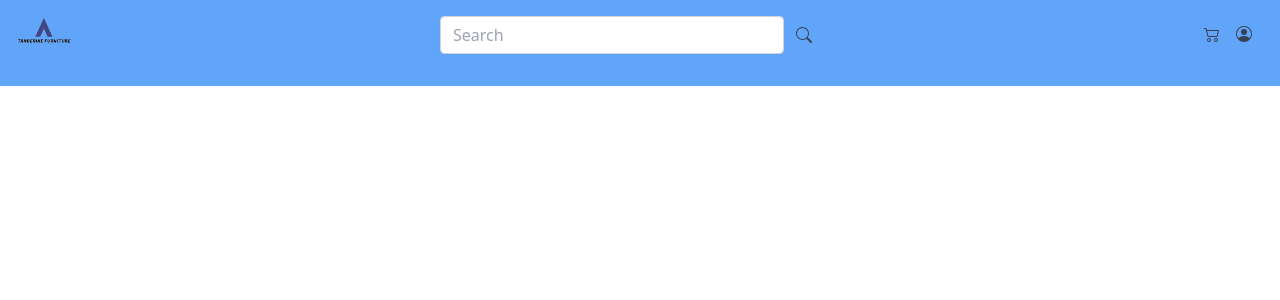
Repository: DevLaukey/Jitu-final
Page: / (app in frontend/)
The author's editor kept a copy of each file at every save. The page is drawn from the files as they stood at one save, then again after the next save.
The browser window is 1280 px wide. The pictures show the whole page.
The project was rebuilt for these pictures with package versions that can differ from the ones it lists, and the page was loaded fresh each time.

Above is the page before, as saved 2022-07-13 13:16:23.

### frontend/src/index.js
import React from 'react';
import ReactDOM from 'react-dom/client';
import './index.css';
import App from './App';
import {store } from './redux/store';
import {Provider} from 'react-redux';
const root = ReactDOM.createRoot(document.getElementById('root'));
root.render(
  <Provider store={store}>
    <App />
  </Provider>
);

### frontend/src/App.js
import Navbar from "./components/Navbar";

function App() {
  return (
    <div className="">
    <Navbar />
    </div>
  );
}

export default App;

### frontend/src/components/Navbar.js
import React from "react";
import logo from "./free-logo-24a54uqo7g-d1y96agntq-removebg-preview.png";
import {  BsCart2, BsPersonCircle, BsSearch } from "react-icons/bs";
function Navbar() {
  return (
    <header className="flex justify-between align-middle  p-4 bg-blue-400">
      <div className="">
        <img
          onClick={() => {
            console.log("clicked");
          }}
          className="h-15 w-14"
          src={logo}
          alt=""
          srcset=""
        />
      </div>
      <div class="flex justify-center">
        <div class="xl:w-96">
          <div class="input-group relative flex  items-stretch w-full mb-4 rounded">
            <input
              type="search"
              class="form-control relative flex-auto min-w-0 block w-full px-3 py-1.5 text-base font-normal text-gray-700 text-transparent bg-clip-padding border border-solid border-gray-300 rounded transition ease-in-out m-0 focus:text-gray-700 focus:bg-white focus:border-blue-600 focus:outline-none"
              placeholder="Search"
              aria-label="Search"
              aria-describedby="button-addon2"
            />
            <span
              class="input-group-text flex items-center px-3 py-1.5 text-base font-normal text-gray-700 text-center whitespace-nowrap rounded"
              id="basic-addon2"
            >
              <BsSearch />
            </span>
          </div>
        </div>
      </div>
      <div class=" space-x-4 text-gray-700 flex  px-3 py-2.5  text-center whitespace-nowrap rounded">
        <BsCart2 />
        <BsPersonCircle />
      </div>
    </header>
  );
}

export default Navbar;

Loaded but not shown: frontend/public/index.html (common file); frontend/src/index.css (common file); frontend/src/redux/store.js (common file); frontend/tailwind.config.js (common file)

After the next save:
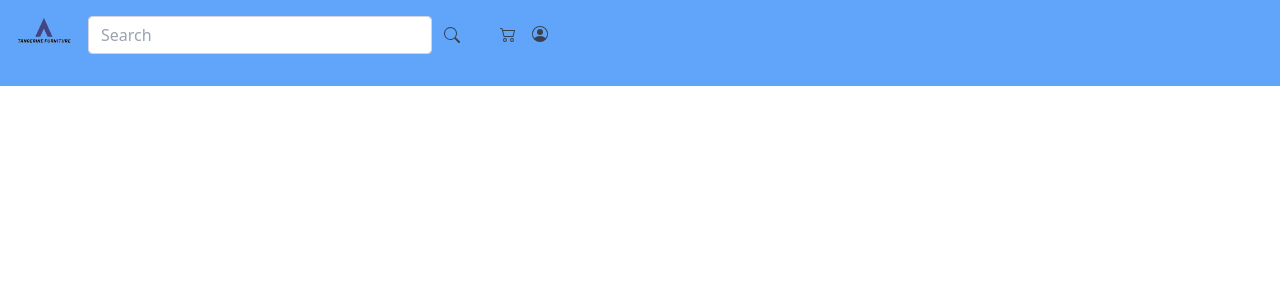
Saved 62 s later.
--- a/frontend/src/components/Navbar.js
+++ b/frontend/src/components/Navbar.js
@@ -3,7 +3,7 @@
 import {  BsCart2, BsPersonCircle, BsSearch } from "react-icons/bs";
 function Navbar() {
   return (
-    <header className="flex justify-between align-middle  p-4 bg-blue-400">
+    <header className="flex space-x-4 align-middle  p-4 bg-blue-400">
       <div className="">
         <img
           onClick={() => {

After the save that followed:
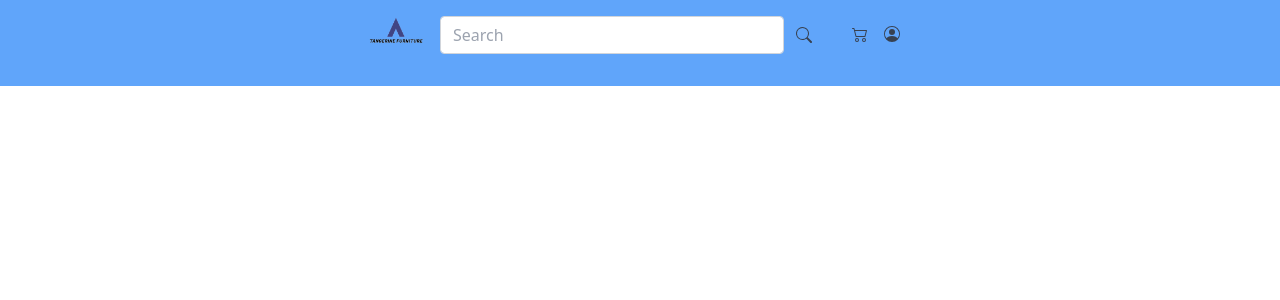
Saved 14 s later.
--- a/frontend/src/components/Navbar.js
+++ b/frontend/src/components/Navbar.js
@@ -3,7 +3,7 @@
 import {  BsCart2, BsPersonCircle, BsSearch } from "react-icons/bs";
 function Navbar() {
   return (
-    <header className="flex space-x-4 align-middle  p-4 bg-blue-400">
+    <header className="flex space-x-4 justify-center align-middle  p-4 bg-blue-400">
       <div className="">
         <img
           onClick={() => {
